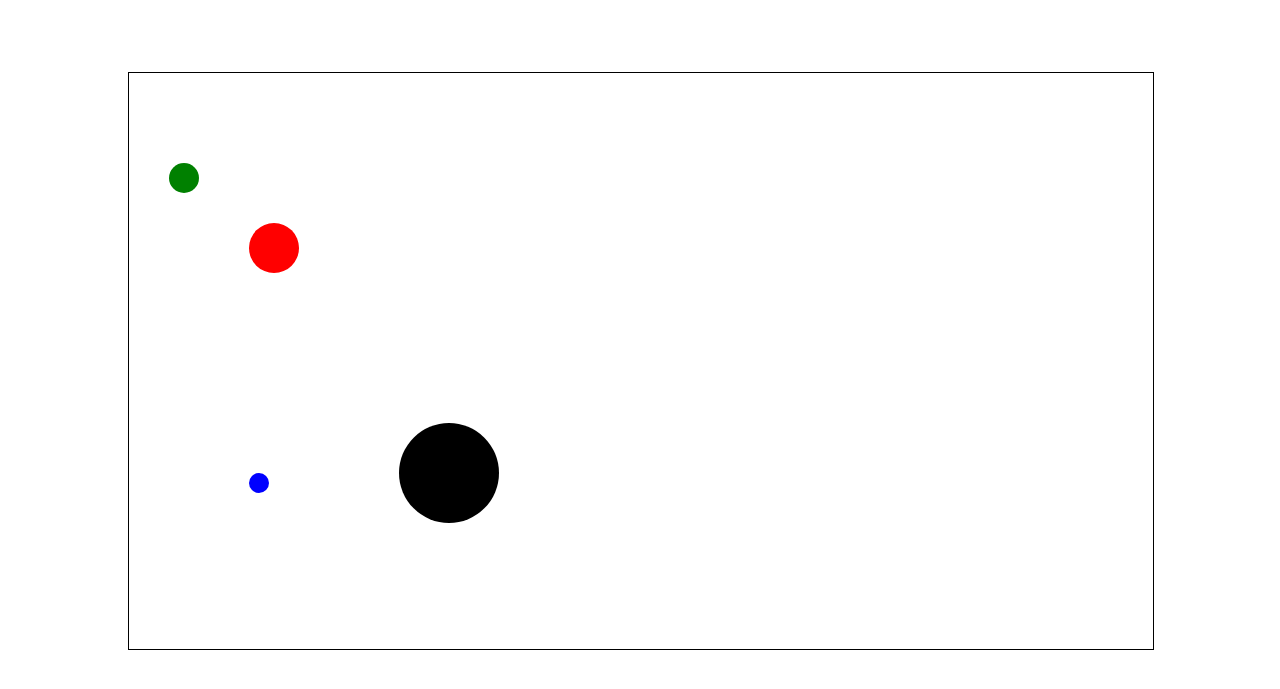
Repository: themoomooo/testgitajout
Page: index.html
These files come from the project's save history. The page is drawn as it stood at one moment and after a run of saves; the edit follows.
The browser window is 1280 px wide. The pictures show the whole page.

Above is the page before, as saved 2023-01-23 16:20:51.

### index.html
<!DOCTYPE html>
<html lang="en">
<head>
    <meta charset="UTF-8">
    <meta http-equiv="X-UA-Compatible" content="IE=edge">
    <meta name="viewport" content="width=device-width, initial-scale=1.0">
    <title>Document</title>
</head>
<body>
    <main style="position:absolute; top:10%; left:10%; width:80%;height:80%;border:1px solid #000; overflow:hidden"></main>

<script src="main.js"></script>
</body>

</html>

### main.js


let terrain = document.querySelector('main');

class Ball {
    constructor(x,y,width, height, color, radius){
        this.x=x;
        this.y=y;
        this.width = width;
        this.height = height;
        this.color = color;
        this.radius = radius;
        this.monojectDom = null;

        this.setOjectDom();
    }

    setOjectDom(){
        this.monOjectDom = document.createElement('div');
        this.monOjectDom.style = `position:relative ; top:${this.y}px ; left:${this.x}px; width:${this.width}px ; height:${this.height}px ; background:${this.color}; border-radius:${this.radius}px`;
    }
    getOjectDom(){

        return this.monOjectDom;

    }
    move(){
        this.x+=10;
        this.monOjectDom.style.left = `${this.x}px`;
    }

}




class Prog {

   constructor(terrain){
       this.terrain = terrain;
       this.balles = [];

   }
   add(ball){
    this.balles.push(ball);

   }

   run() {
    this.balles.forEach((ball)=>{
        this.terrain.appendChild(ball.getOjectDom());
    });

     this.move();
   }

    move(){
    for (let i = 0; i < this.balles.length; i++) {
        this.balles[i].move();
       }
    }
}




const monBallon = new Ball(100,150,50,50,'red',25);
const monBallon2 = new Ball(100,350,20,20,'blue',10);
const monBallon3 = new Ball(20,20,30,30,'green',15);
const monBallon4 = new Ball(250,250,100,100,'black',50);
const monprog = new Prog (terrain);
monprog.add(monBallon);
monprog.add(monBallon2);
monprog.add(monBallon3);
monprog.add(monBallon4);
monprog.run();
monprog.move();

/*
document.body.append(monBallon.getOjectDom(), monBallon2.getOjectDom());
 */

After the next 3 saves:
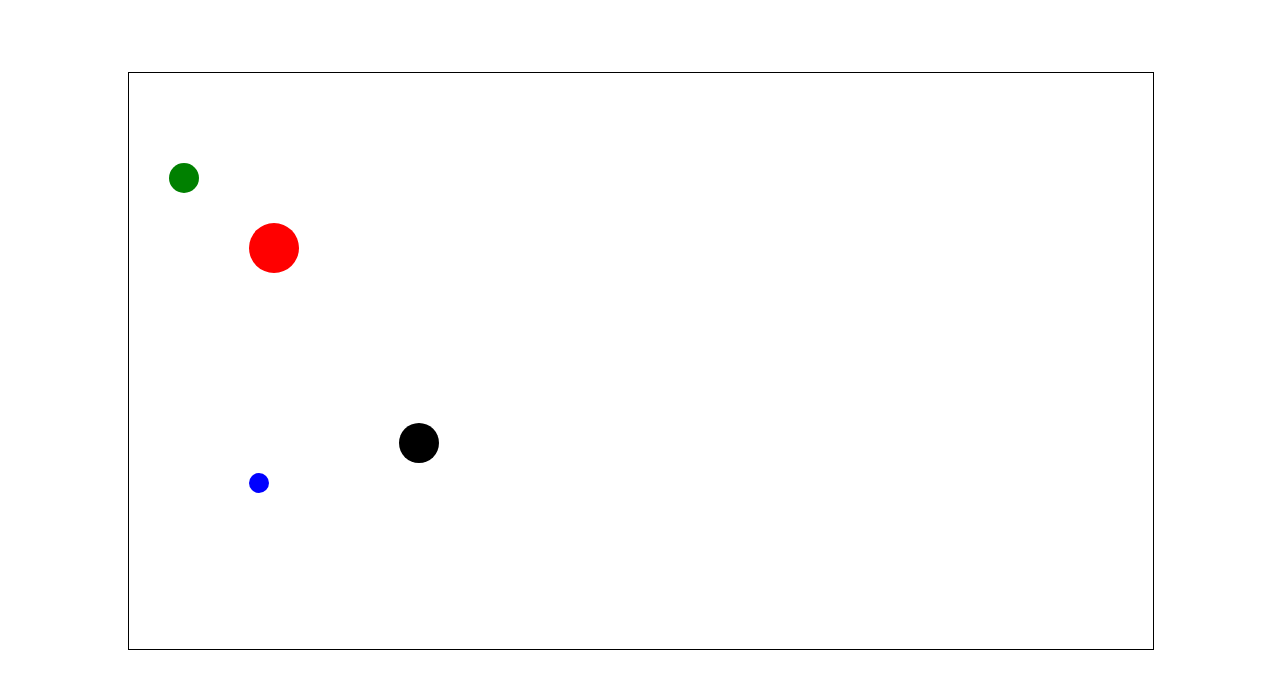
The 3 saves are shown as one change because they came seconds apart.
The last was saved 9 s later.
--- a/main.js
+++ b/main.js
@@ -67,7 +67,7 @@ class Prog {
 const monBallon = new Ball(100,150,50,50,'red',25);
 const monBallon2 = new Ball(100,350,20,20,'blue',10);
 const monBallon3 = new Ball(20,20,30,30,'green',15);
-const monBallon4 = new Ball(250,250,100,100,'black',50);
+const monBallon4 = new Ball(250,250,40,40,'black',20);
 const monprog = new Prog (terrain);
 monprog.add(monBallon);
 monprog.add(monBallon2);
